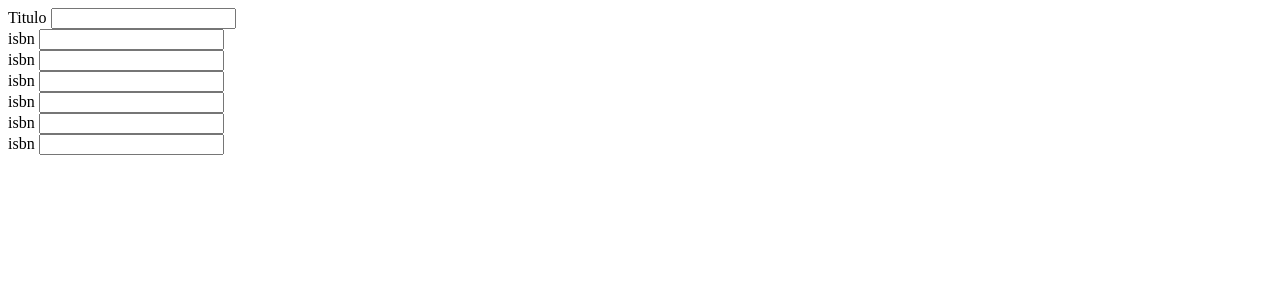
Repository: the-felipe/interfaceApiLivraria
Page: adicionar.html
The author's editor kept a copy of each file at every save. The page is drawn from the files as they stood at one save, then again after the next save.
The browser window is 1280 px wide. The pictures show the whole page.

Above is the page before, as saved 2023-07-20 21:37:12.

### adicionar.html
<!DOCTYPE html>
<html lang="en">
<head>
    <meta charset="UTF-8">
    <meta name="viewport" content="width=device-width, initial-scale=1.0">
    <title>Adicionar Livro</title>

    <script src="token.js"></script>
</head>
<body>

    <form action="" id="form">
        <label for="titulo">Titulo</label>
        <input type="text" name="titulo" id="titulo">
        <br>
        <label for="isbn">isbn</label>
        <input type="text" name="isbn" id="isbn">
        <br>
        <label for="isbn">isbn</label>
        <input type="text" name="isbn" id="isbn">
        <br>
        <label for="isbn">isbn</label>
        <input type="text" name="isbn" id="isbn">
        <br>
        <label for="isbn">isbn</label>
        <input type="text" name="isbn" id="isbn">
        <br>
        <label for="isbn">isbn</label>
        <input type="text" name="isbn" id="isbn">
        <br>
        <label for="isbn">isbn</label>
        <input type="text" name="isbn" id="isbn">
        <br>

    </form>

    <script>

    </script>

</body>
</html>

### token.js
// salva o token no armazenamento local
function salvarToken(token) {
    localStorage.setItem("TOKEN", JSON.stringify(token))
}

// pega o token de volta
function pegarToken() {
    return JSON.parse(localStorage.getItem("TOKEN"))
}

// faz uma requisição GET pra URL usando o token
function getAutenticado(url) {
    const token = pegarToken()

    return fetch(url, {
        headers: {
            "Authorization": `Bearer ${token.access}`
        }
    })
}

// faz uma requisição POST pra URL usando o token
function postAutenticado(url, body) {
    const token = pegarToken()

    return fetch(url, {
        body: JSON.stringify(body),
        method: "POST",
        headers: {
            "Content-Type": "application/json",
            "Authorization": `Bearer ${token.access}`
        }
    })
}

// faz uma requisição PATCH pra URL usando o token
function patchAutenticado(url, body) {
    const token = pegarToken()

    return fetch(url, {
        body: JSON.stringify(body),
        method: "PATCH",
        headers: {
            "Content-Type": "application/json",
            "Authorization": `Bearer ${token.access}`
        }
    })
}

// faz uma requisição DELETE pra URL usando o token
function deleteAutenticado(url) {
    const token = pegarToken()

    return fetch(url, {
        method: "DELETE",
        headers: {
            "Authorization": `Bearer ${token.access}`
        }
    })
}

After the next save:
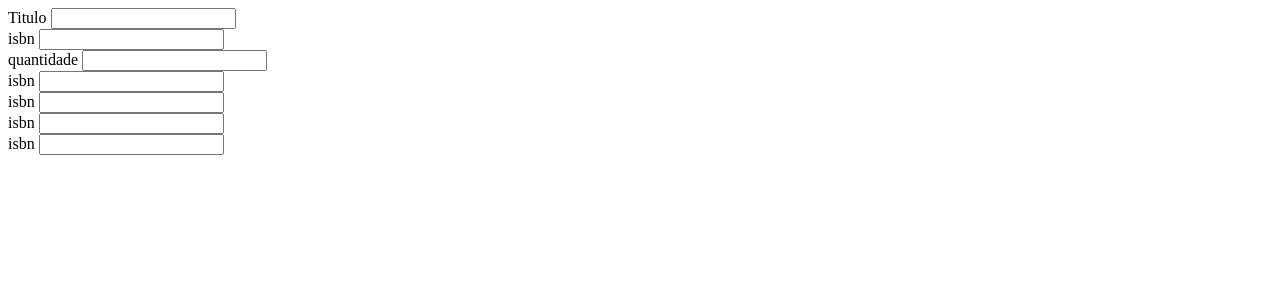
Saved 9 s later.
--- a/adicionar.html
+++ b/adicionar.html
@@ -16,8 +16,8 @@
         <label for="isbn">isbn</label>
         <input type="text" name="isbn" id="isbn">
         <br>
-        <label for="isbn">isbn</label>
-        <input type="text" name="isbn" id="isbn">
+        <label for="quantidade">quantidade</label>
+        <input type="text" name="quantidade" id="quantidade">
         <br>
         <label for="isbn">isbn</label>
         <input type="text" name="isbn" id="isbn">
